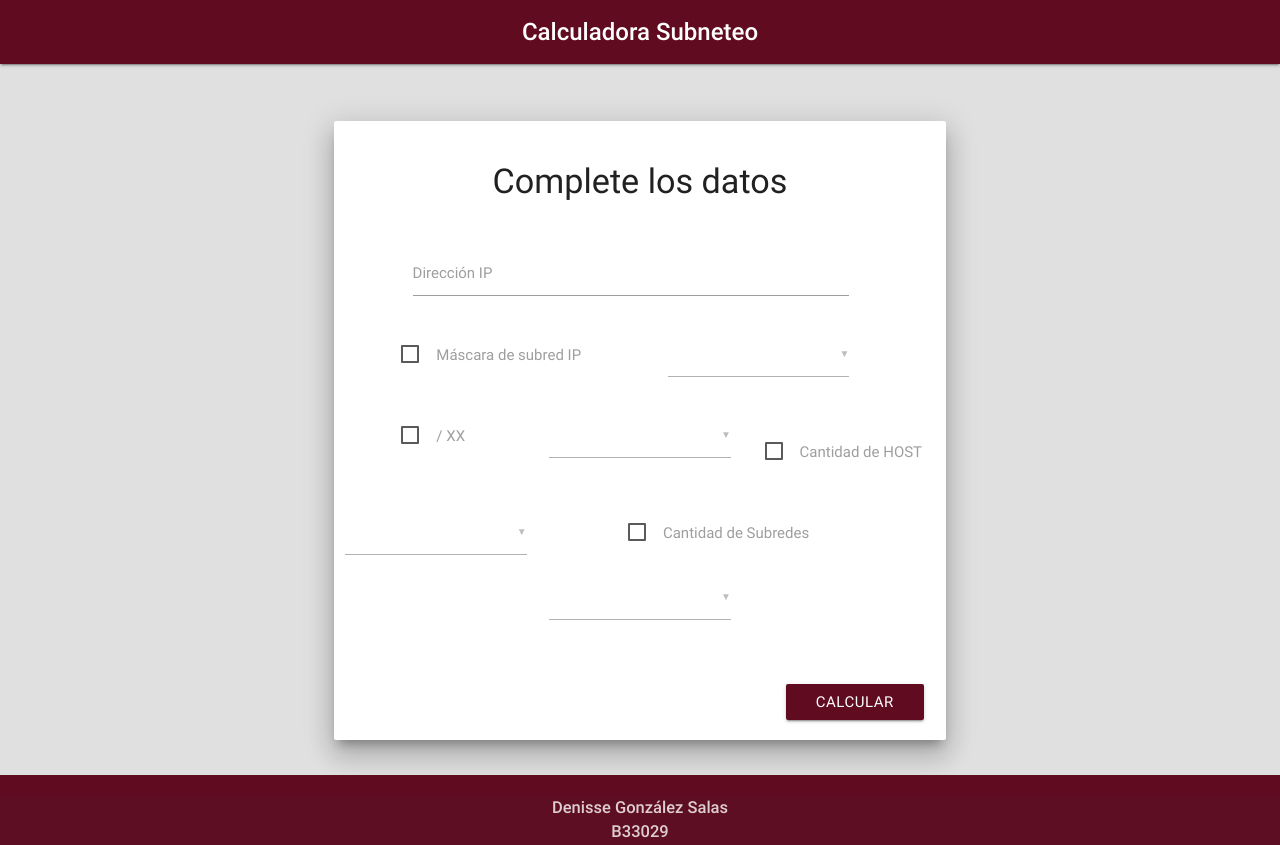
Repository: DenisseGS/Subnet-Calc
Page: http://localhost/
The author's editor kept a record of every edit. The page is drawn from the files as they stood at one moment, then again after the next edit.
The browser window is 1280 px wide. The pictures show the whole page.
Some web libraries are served in a nearby version. The page is served by the project's Laravel application, run on PHP 8.4 with Laravel 8. Queries for data that is not in the repository find no rows.

Above is the page before.

After the next edit:
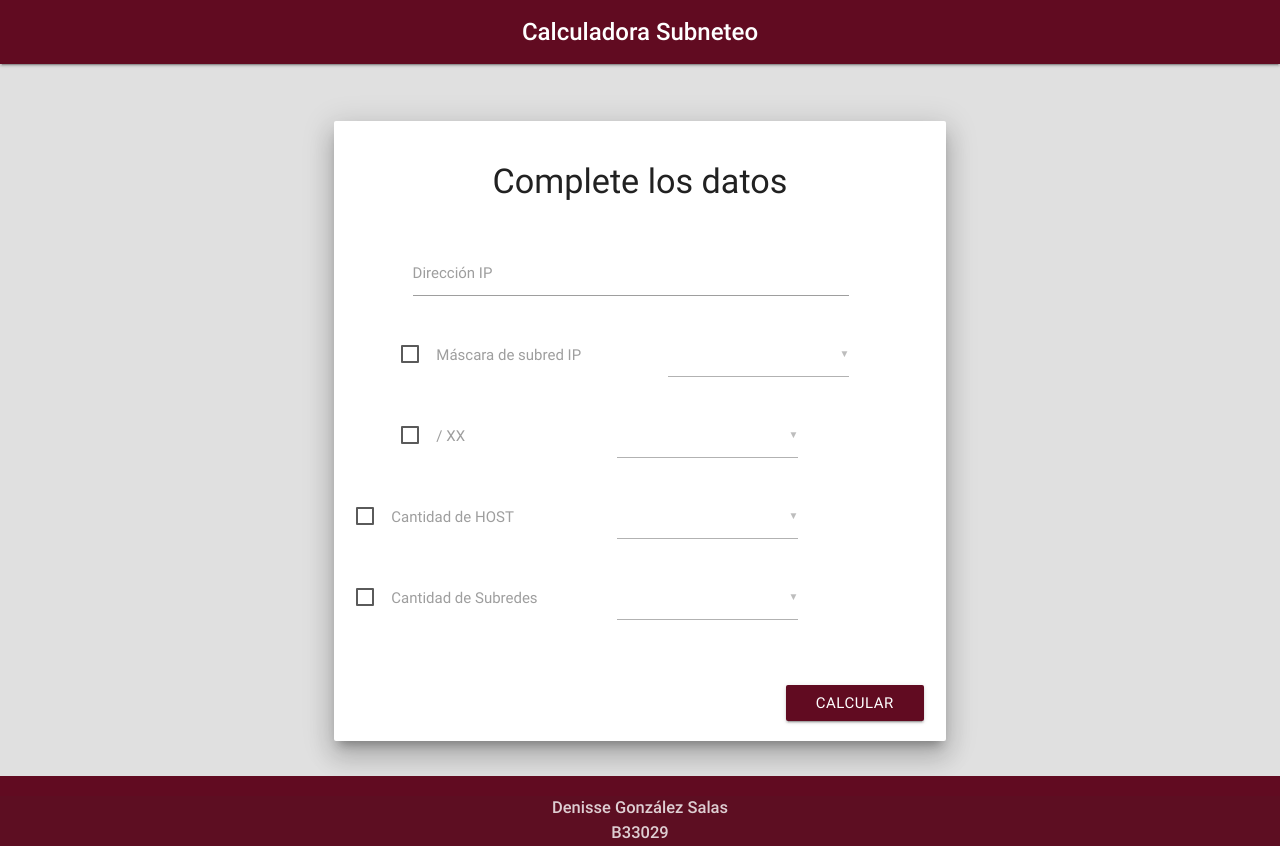
The edit:
--- a/resources/views/Calculadora.blade.php
+++ b/resources/views/Calculadora.blade.php
@@ -54,6 +54,8 @@
                         <input type="checkbox" id="checkmascaraXX"/>
                         <label for="checkmascaraXX">/ XX</label><br><br>
                     </div>
+
+                    <div class="input-field col"></div><div class="input-field col"></div><div class="input-field col"></div>
 
                     <div class="input-field col s4">
                         <select id="mascaraXX" name='mascaraXX' disabled>
